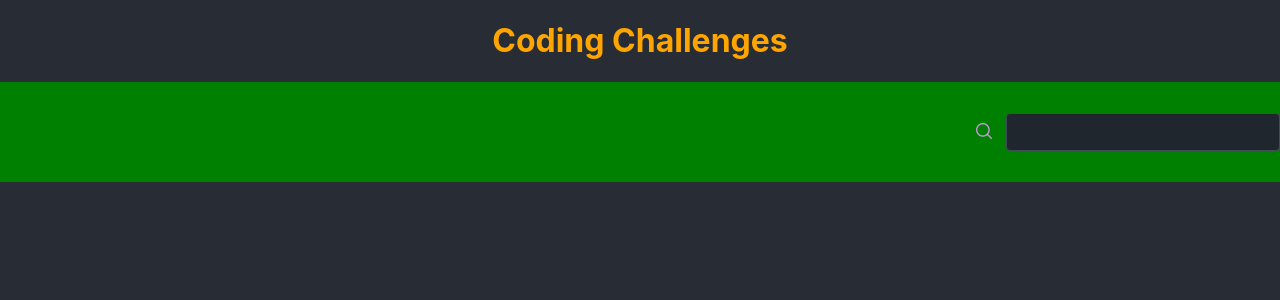
Repository: Valentina-Maraio/coding_challenges
Page: /
An editor plug-in stored every save of this project. The page is shown before and after the next save, followed by the edit.
The browser window is 1280 px wide. The pictures show the whole page.
The project was rebuilt for these pictures with package versions that can differ from the ones it lists, and the page was loaded fresh each time.

Above is the page before, as saved 2024-07-05 12:08:36.

### src/index.js
import React from 'react';
import ReactDOM from 'react-dom/client';
import './index.css';
import App from './App';
import reportWebVitals from './reportWebVitals';
import { PrimeReactProvider } from 'primereact/api';
import 'primeicons/primeicons.css';



const root = ReactDOM.createRoot(document.getElementById('root'));
root.render(
  <React.StrictMode>
    <PrimeReactProvider>
      <App/>
    </PrimeReactProvider>
  </React.StrictMode>
);

// If you want to start measuring performance in your app, pass a function
// to log results (for example: reportWebVitals(console.log))
// or send to an analytics endpoint. Learn more: https://bit.ly/CRA-vitals
reportWebVitals();

### src/App.js
import React, { useState } from "react";
import "primereact/resources/themes/bootstrap4-dark-purple/theme.css";
import "./App.css";
import { InputText } from "primereact/inputtext";
import { Button }  from "primereact/button";
import 'primeicons/primeicons.css';


function App() {
  const [inputValue, setInputValue] = useState("");

  const handleChange = (event) => {
    setInputValue(event.target.value);
  };

  const handleSubmit = () => {
    alert(`Input Value: ${inputValue}`);
    setInputValue("")
  };
  return (
    <>
      <div className="container">
        <div className="app_title">
          <h1>Coding Challenges</h1>
        </div>
        <div className="filter_container">
          <div className="submit_icon">
          <i onClick={handleSubmit} className="pi pi-search" style={{ color: 'var(--primary-color)' }}></i>
          </div>
          <InputText value={inputValue} onChange={handleChange} />
        </div>
      </div>
    </>
  );
}

export default App;

### src/App.css
body {
  background-color: #282c34;
}

.container {
  display: flex;
  justify-content: center;
  align-items: center;
  flex-direction: column;
}

.app_title {
  color: orange;
}

.filter_container {
  width: 100%;
  height: 100px;
  background-color: green;
  display: flex;
  justify-content: flex-end;
  align-items: center;
}

.submit_icon {
  width: 30px;
}

Loaded but not shown: public/index.html (common file); src/index.css (common file); src/reportWebVitals.js (common file)

After the next save:
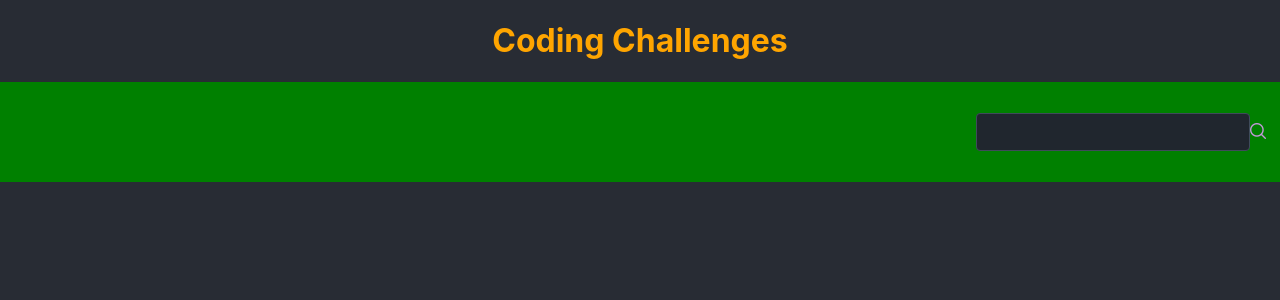
Saved 13 s later.
--- a/src/App.js
+++ b/src/App.js
@@ -2,9 +2,8 @@ import React, { useState } from "react";
 import "primereact/resources/themes/bootstrap4-dark-purple/theme.css";
 import "./App.css";
 import { InputText } from "primereact/inputtext";
-import { Button }  from "primereact/button";
-import 'primeicons/primeicons.css';
-
+import { Button } from "primereact/button";
+import "primeicons/primeicons.css";
 
 function App() {
   const [inputValue, setInputValue] = useState("");
@@ -15,7 +14,7 @@ function App() {
 
   const handleSubmit = () => {
     alert(`Input Value: ${inputValue}`);
-    setInputValue("")
+    setInputValue("");
   };
   return (
     <>
@@ -24,10 +23,14 @@ function App() {
           <h1>Coding Challenges</h1>
         </div>
         <div className="filter_container">
+          <InputText value={inputValue} onChange={handleChange} />
           <div className="submit_icon">
-          <i onClick={handleSubmit} className="pi pi-search" style={{ color: 'var(--primary-color)' }}></i>
+            <i
+              onClick={handleSubmit}
+              className="pi pi-search"
+              style={{ color: "var(--primary-color)" }}
+            ></i>
           </div>
-          <InputText value={inputValue} onChange={handleChange} />
         </div>
       </div>
     </>
